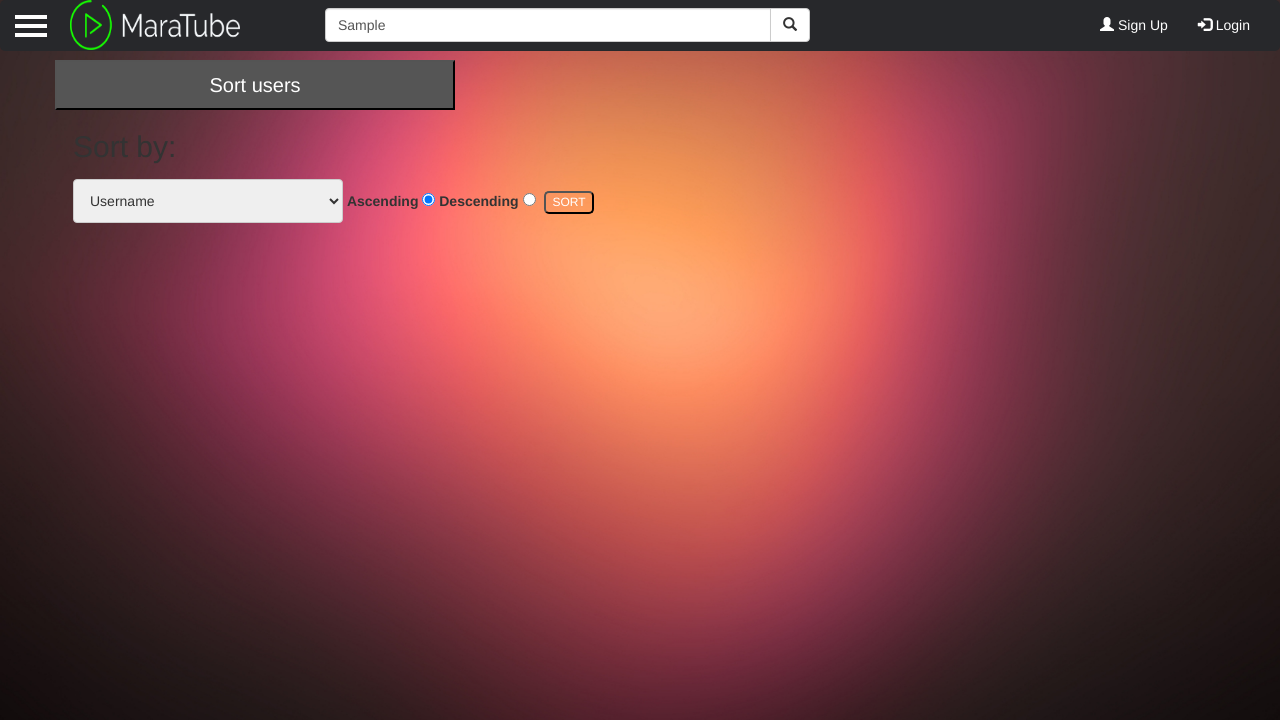
Repository: marijabroceta/ProjekatWebP
Page: ProjekatWebP/WebContent/Admin.html
These files come from the project's save history. The page is drawn as it stood at one moment and after the next save; the edit follows.
The browser window is 1280 px wide. The pictures show the whole page.
Empty fields were first filled with sample values (such as "Sample", 5 or name@example.com).
After loading, the first visible `input.collapsible` was clicked once.
The page's requests for data from a server got no answer.

Above is the page before, as saved 2018-06-09 17:26:51.

### ProjekatWebP/WebContent/Admin.html
<!DOCTYPE html>
<html>
<head>
<meta charset="UTF-8">
<meta name="viewport" content="width=device-width, initial-scale=1.0">
<script src="jquery-3.2.1.js"></script>
<script src="js/admin.js"></script>
<script src="bootstrap/js/bootstrap.min.js"></script>
<link rel="stylesheet" type="text/css" href="bootstrap/css/bootstrap.min.css">
<link rel="stylesheet" type="text/css" href="css/admin.css">
<title>Admin</title>
</head>
<body>
	<div id="wrapper">
		<nav class="navbar navbar-inverse navbar-fixed-top" id="sidebar-wrapper" role="navigation">
            <ul class="nav sidebar-nav">
                <li><a href="Index.html">Home</a></li>

                <li><a href="register.html">SignUp</a></li>

            </ul>
        </nav>
        <div class="topNavigation">
            <nav class="navbar navbar-fixed-top topnav">
            <div id="page-content-wrapper" >
            <button type="button" class="hamburger is-closed nav navbar-nav navbar-left" data-toggle="offcanvas">
                <span class="hamb-top"></span>
                <span class="hamb-middle"></span>
                <span class="hamb-bottom"></span>
            </button>
            </div>
            <a href="Index.html"><img src="images/logo.png"></a>
            <div id="search">
                <form class="navbar-form navbar-left" role="search">
                    <div class="input-group">
                        <input type="text" class="form-control" id="searchText"  placeholder="Search...">
                        <span class="input-group-btn">
                            <button type="submit" class="btn btn-default" >
                                <span class="glyphicon glyphicon-search"></span>
                            </button>
                        </span>
                    </div>
                </form>
            </div>
            <div id="signIn">
                <ul class="nav navbar-nav navbar-right navIcon">
                    <li><a href="Register.html" id="signUp"><span class="glyphicon glyphicon-user"></span> Sign Up</a></li>
                    <li><a href="Login.html" id="login"><span class="glyphicon glyphicon-log-in"></span> Login</a></li>
                </ul>
            </div>
        </nav>
    </div>
    </div>
    <div class="container">
    	<div class="row">
    		<input type="button" class="collapsible" value="Sort users">
    		<div class="content">
    			<h2>Sort by:</h2>
    			<select id="sortUsers" name="sort">
    				<option value="userName">Username</option>
    				<option value="fName">First name</option>
    				<option value="lName">Last name</option>
    				<option value="email">Email</option>
    				<option value="role">Role</option>
    			</select>
    			<label class="sortRadioBtn">
          			Ascending
          			<input type="radio" id="sortAsc" value="ASC" checked="checked" name="radio">
          			<span class="check"></span>
          		</label>
          		<label class="sortRadioBtn">
          			Descending
          			<input type="radio" id="sortDesc" value="DESC" name="radio">
          			<span class="check"></span>
          		</label>
          		<input type="submit" value="Sort" id="sort">
    		</div>
    	</div>
    	<div class="row" id="users">

    	</div>
    </div>
</body>
<script type="text/javascript">
	var coll = document.getElementsByClassName("collapsible");
	var i;

	for (i = 0; i < coll.length; i++) {
		coll[i].addEventListener("click", function() {
			this.classList.toggle("active");
			var content = this.nextElementSibling;
			if (content.style.maxHeight) {
				content.style.maxHeight = null;
			} else {
				content.style.maxHeight = content.scrollHeight + "px";
			}
		});
	}
</script>
</html>

### ProjekatWebP/WebContent/js/admin.js
$(document).ready(function(){
	var users = $('#users');
	var desc = $('#sortDesc');
	var asc = $('#sortAsc');

	$.get('AdminServlet',{},function(data){
		$('#login').replaceWith('<a href="LogOutServlet"><span class="glyphicon glyphicon-log-out"></span> LogOut</a>')
		$('#signUp').replaceWith('<a href="UserChannel.html?userName=' + data.loggedIn.userName + '"><span>' + data.loggedIn.userName + '</span></a>')

		for(i in data.users){
			users.append(
				'<div class="col-lg-2 col-sm-4 col-md-4 user" id="' + data.users[i].userName + '">' +
					'<div id="userImg">' +
						'<img src="images/' + data.users[i].userName + '.jpg" align="middle">' +
					'</div>' +
					'<div class="user-info">' +
						'<p id="username">' + data.users[i].userName + '</p>' +
						'<p id="fName">' + data.users[i].firstName + '</p>' +
						'<p id="lName">' + data.users[i].lastName + '</p>' +
						'<p id="email">' + data.users[i].email + '</p>' +
						'<p id="role">' + data.users[i].role + '</p>' +
						'<p id = "del">' +
							'<button id="delete" value="' + data.users[i].userName + '">Delete</button>' +
						'</p>' +
					'</div>' +
				'</div>'
			);
		}

		$('button').on('click',function(event){
			var userName = $(this).val();
			console.log(userName);
			var confirmation = confirm("Are you sure?");
			if(confirmation){
				$.post('AdminServlet',{'userName':userName,'action':"delete"},function(data){
					var id = "#" + userName;
					if(userName == data.loggedIn.userName){
						$(id).remove();
						$.get('LogOutServlet',{},function(){

						});
					}
					$(id).remove();
				});
			}
			event.preventDefault();
			return false;
		});

	});

	$('#sort').on('click',function(event){
		var column = $('#sortUsers').val();

		console.log(ascDesc);
		if(desc.is(':checked')){
			var ascDesc=desc.val();
		}
		$.post('AdminServlet',{'action':"sort",'ascDesc':ascDesc,'column':column},function(data){
			console.log(data.status);
			if(data.status == "success"){
				users.empty();
				for(i in data.users){
					users.append(
						'<div class="col-lg-2 col-sm-4 col-md-4 user" id="' + data.users[i].userName + '">' +
							'<div id="userImg">' +
								'<img src="images/' + data.users[i].userName + '.jpg" align="middle">' +
							'</div>' +
							'<div class="user-info">' +
								'<p id="username">' + data.users[i].userName + '</p>' +
								'<p id="fName">' + data.users[i].firstName + '</p>' +
								'<p id="lName">' + data.users[i].lastName + '</p>' +
								'<p id="email">' + data.users[i].email + '</p>' +
								'<p id="role">' + data.users[i].role + '</p>' +
								'<p id = "del">' +
									'<button id="delete" value="' + data.users[i].userName + '">Delete</button>' +
								'</p>' +
							'</div>' +
						'</div>'
					);
				}
			}
		});
		console.log(column);
		console.log(ascDesc);
		event.preventDefault();
		return false;
	});

	$('#searchText').keyup(function(event){
		var input = $('#searchText').val().toUpperCase();
		$(".user").each(function(){
			if($(this).html().toUpperCase().includes(input)){
				$(this).show();
			}else{
				$(this).hide();
			}
		});
		event.preventDefault();
		return false;
	});

	   var trigger = $('.hamburger'),

		isClosed = false;

		trigger.click(function () {
			hamburger_cross();
		});

		function hamburger_cross() {

			if (isClosed == true) {

				trigger.removeClass('is-open');
				trigger.addClass('is-closed');
				isClosed = false;
			} else {

				trigger.removeClass('is-closed');
				trigger.addClass('is-open');
				isClosed = true;
			}
		}

		$('[data-toggle="offcanvas"]').click(function () {
			$('#wrapper').toggleClass('toggled');
		});
});

### ProjekatWebP/WebContent/css/admin.css
@import url(../css/navigation.css);

.container{
	margin-top:60px;

}

.collapsible {
     background:red;
    color: white;
      width:400px;
    height:50px;
    font-size:20px;
}

.active, .collapsible:hover {
    background-color: #555;
}

.content {
    padding: 0 18px;
    max-height: 0;
    overflow: hidden;
    transition: max-height 0.2s ease-out;
    width: 80%;

}

.sortRadioButton{
	color:#fff;
}


select{
    width: 30%;
    padding: 12px;
    border: 1px solid #ccc;
    border-radius: 4px;
    box-sizing: border-box;
    margin-top: 6px;
    margin-bottom: 16px;
    resize: none;
}
#sort{
	border-radius: 5px;
  	margin-left: 5px;
  	margin-bottom: 5px;
  	text-transform: uppercase;
  	font-size: 12px;
  	background: transparent;
  	color: #fff;
  	display: inline-block;
}

.user{
	border-radius: 7px;
	border:1px solid white;
	margin-left: 10px;
	box-shadow: 5px 5px 5px;
	margin-top:20px;
	height:280px;
}

.user p{
	text-align: center;
}

#username{
	font-size:18px;
}

#userImg {
	margin-left: 60px;
	margin-top: 10px;
	margin-right: 60px;
}

img {
	width:50px;
	height:50px:
}

#delete{
	border-radius: 5px;
	background: red;
	text-transform: uppercase;
	color: #fff;

	border-width: 1px;
	font-size: 12px;
}

### ProjekatWebP/WebContent/css/navigation.css
/*pozadina*/
body {
  background: url(../images/pozadina.jpg) no-repeat center center fixed;
  -webkit-background-size: cover;
  -moz-background-size: cover;
  -o-background-size: cover;
  background-size: cover;
  /*height: 100%;*/
}

.navIcon {
  padding-right: 30px;
  float: right;
}

/*logo*/
.navbar img {
  margin-left: 70px;
  float: left;
  width: 170px;
  height: 50px;

}

.input-group {
  padding-left: 70px;
  width: 600px;
}
/*horizontalna navigacija*/
.topnav {
  border-radius:5px;
  background-color: #27282b;
  overflow: hidden;
}

#imeLogovano {
  float: right;
  padding-top: 15px;
  padding-right: 20px;
}

#page-content-wrapper{
  float: left;
}


/*linkovi*/
a {
  color:#ffffff;
}

p {
   color:#ffffff;
}

#wrapper {
    padding-left: 0;
    -webkit-transition: all 0.5s ease;
    -moz-transition: all 0.5s ease;
    -o-transition: all 0.5s ease;
    transition: all 0.5s ease;
}


#wrapper.toggled {
    padding-left: 220px;
}

#sidebar-wrapper {
    z-index: 1000;
    left: 220px;
    width: 0;
    height: 100%;
    margin-left: -220px;
    margin-top: 50px;
    overflow-y: auto;
    overflow-x: hidden;
    background: #27282b;
    -webkit-transition: all 0.5s ease;
    -moz-transition: all 0.5s ease;
    -o-transition: all 0.5s ease;
    transition: all 0.5s ease;
    display: inline-block;
}
/*otkriti sta ovo znaci*/
#sidebar-wrapper::-webkit-scrollbar {
  display: none;
}
/*pojavljivanje sidebara*/
#wrapper.toggled #sidebar-wrapper {
    width: 220px;
}

#wrapper.toggled #page-content-wrapper {
    margin-right: -220px;
}

.sidebar-nav {
    position: absolute;
    top: 20px;
    width: 220px;
    margin: 0;
    padding: 0;
    list-style: none;
}

.sidebar-nav li {
    position: relative;
    line-height: 20px;
    display: inline-block;
    width: 100%;
}

.sidebar-nav li:before {
    content: '';
    position: absolute;
    top: 0;
    left: 0;
    z-index: -1;
    height: 100%;
    width: 3px;
    background-color: #1c1c1c;
    -webkit-transition: width .2s ease-in;
      -moz-transition:  width .2s ease-in;
       -ms-transition:  width .2s ease-in;
            transition: width .2s ease-in;

}

/*.sidebar-nav li:first-child a {
    color: #fff;
    background-color: #1a1a1a;
}*/
.sidebar-nav li:nth-child(1):before {
    background-color: #ec1b5a;
}

.sidebar-nav li:nth-child(2):before {
    background-color: #79aefe;
}
.sidebar-nav li:nth-child(3):before {
    background-color: #314190;
}
.sidebar-nav li:nth-child(4):before {
    background-color: #279636;
}

.sidebar-nav li:hover:before,
.sidebar-nav li.open:hover:before {
    width: 100%;
    -webkit-transition: width .2s ease-in;
      -moz-transition:  width .2s ease-in;
       -ms-transition:  width .2s ease-in;
            transition: width .2s ease-in;

}
/*linkovi u sidebar nav*/
.sidebar-nav li a {
    display: block;
    color: #ddd;
    text-decoration: none;
    padding: 10px 15px 10px 30px;
}

.sidebar-nav li a:hover,
.sidebar-nav li a:active,
.sidebar-nav li a:focus,
.sidebar-nav li.open a:hover,
.sidebar-nav li.open a:active,
.sidebar-nav li.open a:focus{
    color: #fff;
    text-decoration: none;
    background-color: transparent;
}
/*dugme za sidebar nav*/
.hamburger {
  position: fixed;
  float: left;
  top: 10px;
  z-index: 999;
  display: block;
  width: 32px;
  height: 32px;
  margin-left: 15px;
  background: transparent;
  border: none;
}

.hamburger:hover,
.hamburger:focus,
.hamburger:active {
  outline: none;
}

.hamburger.is-closed:before {
  content: '';
  display: block;
  width: 100px;
  font-size: 14px;
  color: #ffffff;
  line-height: 32px;
  text-align: center;
  opacity: 0;
  -webkit-transform: translate3d(0,0,0);
  -webkit-transition: all .35s ease-in-out;
}

.hamburger.is-closed:hover:before {
  opacity: 1;
  display: block;
  -webkit-transform: translate3d(-100px,0,0);
  -webkit-transition: all .35s ease-in-out;
}
/*hamb top, middle,bottom linije za dugme*/
.hamburger.is-closed .hamb-top,
.hamburger.is-closed .hamb-middle,
.hamburger.is-closed .hamb-bottom,
.hamburger.is-open .hamb-top,
.hamburger.is-open .hamb-middle,
.hamburger.is-open .hamb-bottom {
  position: absolute;
  left: 0;
  height: 4px;
  width: 100%;
}
/*na klik za otvaranje se gube crtice*/
.hamburger.is-closed .hamb-top,
.hamburger.is-closed .hamb-middle,
.hamburger.is-closed .hamb-bottom {
  background-color: #fff;
}

.hamburger.is-closed .hamb-top {
  top: 5px;
  -webkit-transition: all .35s ease-in-out;
}

.hamburger.is-closed .hamb-middle {
  top: 50%;
  margin-top: -2px;
}

.hamburger.is-closed .hamb-bottom {
  bottom: 5px;
  -webkit-transition: all .35s ease-in-out;
}


.hamburger.is-closed:hover .hamb-top {
  top: 0;
  -webkit-transition: all .35s ease-in-out;
}
.hamburger.is-closed:hover .hamb-bottom {
  bottom: 0;
  -webkit-transition: all .35s ease-in-out;
}

.hamburger.is-open .hamb-top,
.hamburger.is-open .hamb-middle,
.hamburger.is-open .hamb-bottom {
  background-color: #fff;
}

.hamburger.is-open .hamb-top,
.hamburger.is-open .hamb-bottom {
  top: 50%;
  margin-top: -2px;
}

/*rotiranje crtica da se napravi X*/
.hamburger.is-open .hamb-top {
  -webkit-transform: rotate(45deg);
  -webkit-transition: -webkit-transform .2s cubic-bezier(.73,1,.28,.08);
}

.hamburger.is-open .hamb-middle { display: none; }
.hamburger.is-open .hamb-bottom {
  -webkit-transform: rotate(-45deg);
  -webkit-transition: -webkit-transform .2s cubic-bezier(.73,1,.28,.08);
}

.hamburger.is-open:before {
  content: '';
  display: block;
  width: 100px;
  font-size: 14px;
  color: #fff;
  line-height: 32px;
  text-align: center;
  opacity: 0;
  -webkit-transform: translate3d(0,0,0);
  -webkit-transition: all .35s ease-in-out;
}

.hamburger.is-open:hover:before {
  opacity: 1;
  display: block;
  -webkit-transform: translate3d(-100px,0,0);
  -webkit-transition: all .35s ease-in-out;
}

Loaded but not shown: ProjekatWebP/WebContent/jquery-3.2.1.js (library); ProjekatWebP/WebContent/bootstrap/js/bootstrap.min.js (library); ProjekatWebP/WebContent/bootstrap/css/bootstrap.min.css (library)

After the next save:
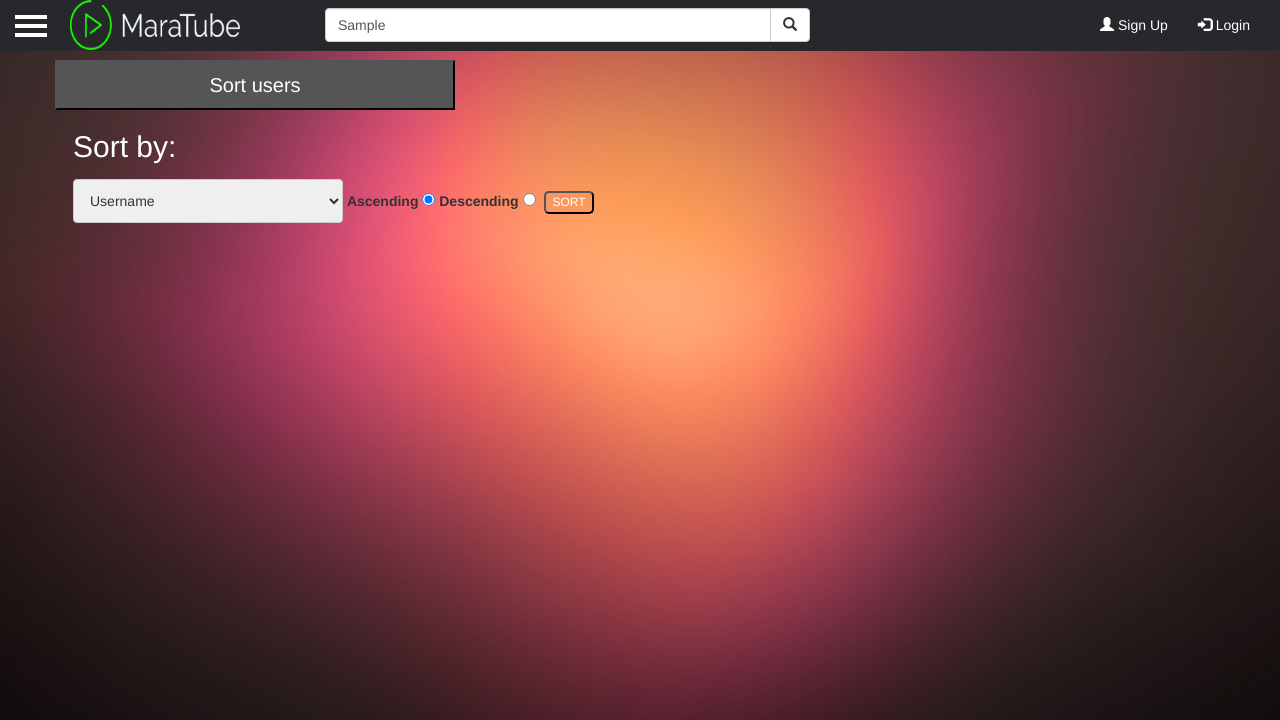
Saved 28 s later.
--- a/ProjekatWebP/WebContent/css/admin.css
+++ b/ProjekatWebP/WebContent/css/admin.css
@@ -24,6 +24,10 @@
     transition: max-height 0.2s ease-out;
     width: 80%;
 
+}
+
+h2{
+	color:white;
 }
 
 .sortRadioButton{
